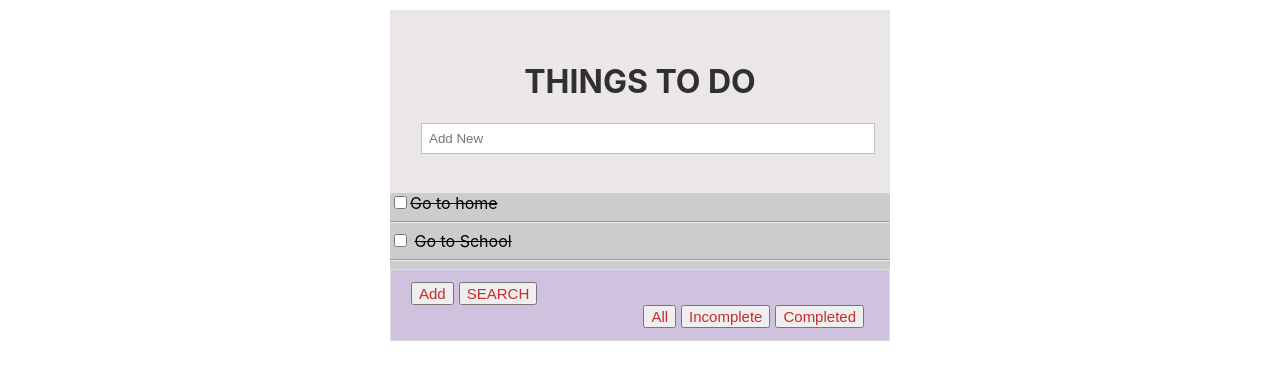
Repository: kirangautam45/To-Do-Application
Page: /
An editor plug-in stored every save of this project. The page is shown before and after a run of saves, followed by the edit.
The browser window is 1280 px wide. The pictures show the whole page.
The project was rebuilt for these pictures with package versions that can differ from the ones it lists, and the page was loaded fresh each time.

Above is the page before, as saved 2022-08-11 14:33:19.

After the next 5 saves:
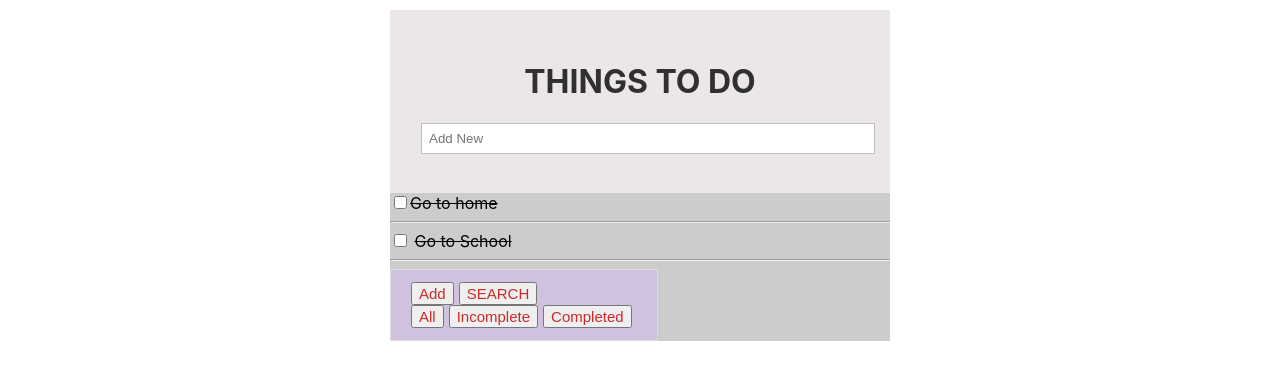
The 5 saves are shown as one change because they came seconds apart.
The last was saved 13 s later.
--- a/src/App.css
+++ b/src/App.css
@@ -33,8 +33,8 @@
 border: 1px solid #ddd;
 background-color: #d0c1de;
 padding: 12px 20px;
-font-weight: 300
-display:inl
+font-weight: 300;
+display:inline-block;
 }
 .Icon_left{
 text-align: left;

After the save that followed:
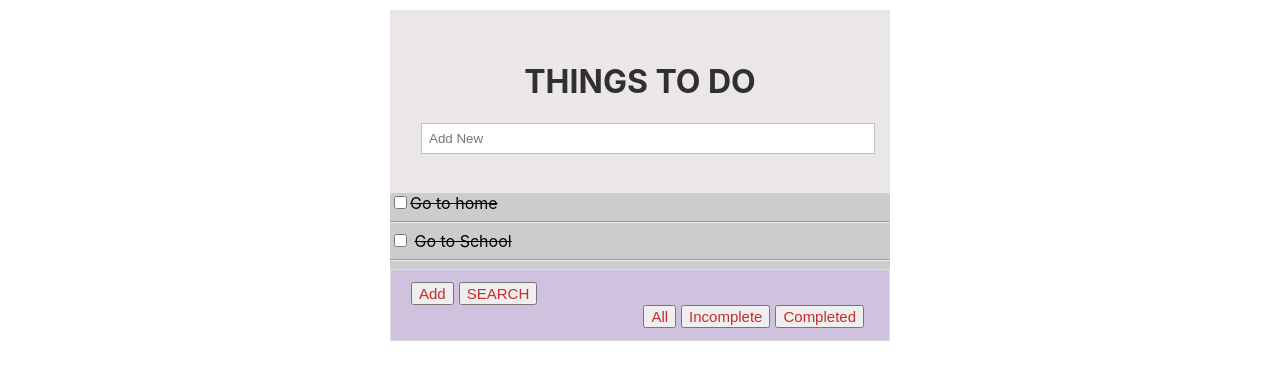
Saved 12 s later.
--- a/src/App.css
+++ b/src/App.css
@@ -34,7 +34,7 @@
 background-color: #d0c1de;
 padding: 12px 20px;
 font-weight: 300;
-display:inline-block;
+
 }
 .Icon_left{
 text-align: left;
